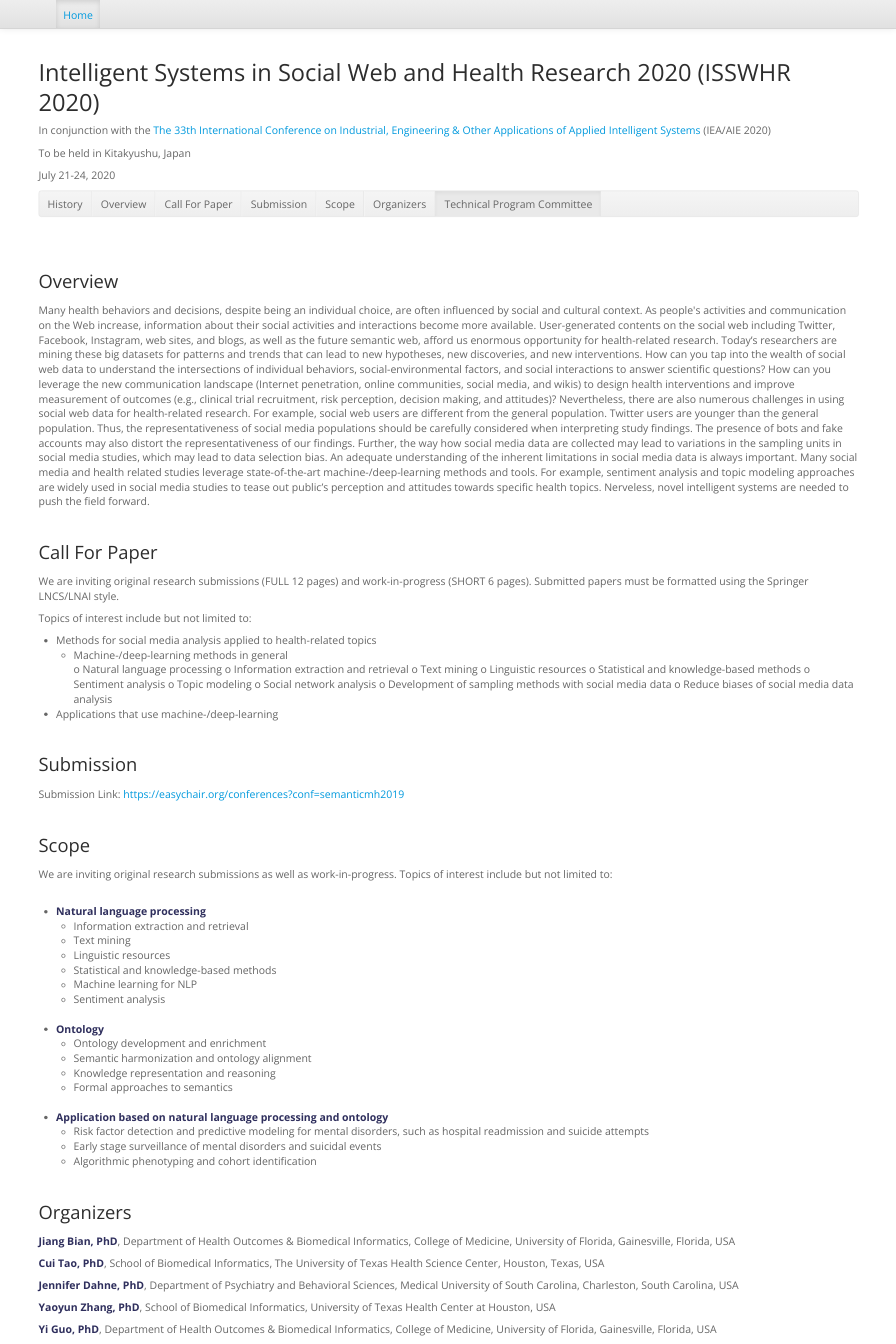
Repository: bianjiang/semantics-powered.org
Page: ISSWHR-2020/index.html
An editor plug-in stored every save of this project. The page is shown before and after the next save, followed by the edit.
The browser window is 1280 px wide. The pictures show the part of the page from y = 0 to 1920 px (the page is 2769 px tall), at 70% of full size.
Some web libraries are served in a nearby version.

Above is the page before, as saved 2019-10-26 16:57:43.
Console error (its wording comes from the project's code and is left out).

### ISSWHR-2020/index.html
<!DOCTYPE html>
<!--[if lt IE 7]>      <html class="no-js lt-ie9 lt-ie8 lt-ie7"> <![endif]-->
<!--[if IE 7]>         <html class="no-js lt-ie9 lt-ie8"> <![endif]-->
<!--[if IE 8]>         <html class="no-js lt-ie9"> <![endif]-->
<!--[if gt IE 8]><!-->
<html class="no-js">
<!--<![endif]-->

<head>
  <meta charset="utf-8">
  <meta http-equiv="X-UA-Compatible" content="IE=edge,chrome=1">
  <title></title>
  <meta name="description" content="">
  <meta name="viewport" content="width=device-width">

  <link rel="stylesheet" href="css/bootstrap.min.css">
  <style>
    body {
      padding-top: 60px;
      padding-bottom: 40px;
    }
  </style>
  <link rel="stylesheet" href="css/bootstrap-responsive.min.css">
  <link rel="stylesheet" href="css/main.css">

  <script src="js/vendor/modernizr-2.6.2-respond-1.1.0.min.js"></script>
</head>

<body class="preview" id="top" data-spy="scroll" data-target=".subnav" data-offset="80">
  <!--[if lt IE 7]>
            <p class="chromeframe">You are using an <strong>outdated</strong> browser. Please <a href="http://browsehappy.com/">upgrade your browser</a> or <a href="http://www.google.com/chromeframe/?redirect=true">activate Google Chrome Frame</a> to improve your experience.</p>
        <![endif]-->

  <!-- This code is taken from http://twitter.github.com/bootstrap/examples/hero.html -->

  <div class="navbar navbar-fixed-top">
    <div class="navbar-inner">
      <div class="container">

        <a class="btn btn-navbar" data-toggle="collapse" data-target=".nav-collapse">
                        <span class="icon-bar"></span>
                        <span class="icon-bar"></span>
                        <span class="icon-bar"></span>
                    </a>
        <a class="brand" href="#">&nbsp;</a>
        <div class="nav-collapse collapse">
          <ul class="nav">
            <li class="active"><a href="#">Home</a></li>
            <!--
                            <li><a href="#aboutxx">About</a></li>
                            <li><a href="#contact">Contact</a></li>
                            -->
          </ul>
        </div>

      </div>

    </div>
  </div>

  <div class="container">

    <!-- Main hero unit for a primary marketing message or call to action -->
    <!--
            <div class="hero-unit">
                <h1>Hello, world!</h1>
                <p>This is a template for a simple marketing or informational website. It includes a large callout called the hero unit and three supporting pieces of content. Use it as a starting point to create something more unique.</p>
                <p><a class="btn btn-primary btn-large">Learn more &raquo;</a></p>
            </div>
            -->
    <!-- Masthead
================================================== -->
    <header class="jumbotron subhead" id="overview">
      <div class="row">
        <div class="span12">
          <br/>
          <h2>Intelligent Systems in Social Web and Health Research 2020 (ISSWHR 2020)</h2>
          <p>In conjunction with the <a href="https://jsasaki3.wixsite.com/ieaaie2020" target="_blank">The 33th International Conference on Industrial, Engineering & Other Applications of Applied Intelligent Systems</a> (IEA/AIE 2020)</p>
          <p>To be held in Kitakyushu, Japan</p>
          <p>July 21-24, 2020</p>
        </div>
        <div class="span6">
          <!--
      <div class="bsa well">
          <div id="bsap_1277971" class="bsarocks bsap_c466df00a3cd5ee8568b5c4983b6bb19"></div>
      </div>
    -->
        </div>
      </div>
      <div class="subnav">
        <ul class="nav nav-pills">
          <li><a href="#history">History</a></li>
          <li><a href="#overview">Overview</a></li>
          <!-- <li><a href="#audience">Audience</a></li> -->
          <li><a href="#callforpaper">Call For Paper</a></li>
          <li><a href="#submissions">Submission</a></li>
          <!-- <li><a href="#rational">Rational</a></li>
          <li><a href="#workshopstructure">Workshop Structure</a></li> -->
          <!-- <li><a href="#publicity">Publicity</a></li> -->
          <li><a href="#scope">Scope</a></li>
          <li><a href="#organizers">Organizers</a></li>
          <li><a href="#techprogcom">Technical Program Committee</a></li>
        </ul>
      </div>
    </header>

    <!-- <section id="History">
      <div class="row">
        <div class="span12">
          <h3>History</h3>
          <p>The 1st International Workshop on the Semantics of Mental Health (SemanticMH 2018) was successfully organized and hosted in conjunction with the sixth IEEE International Conference on Healthcare Informatics (ICHI 2018) on June 7th, 2018 in New York City, NY, USA.  Overall, we received 7 high quality submissions and we accepted 6 of them.  The accepted papers were published in the IEEE ICHI 2018 workshop proceedings; and we invited the authors of these 6 accepted papers to submit an extended journal version to a special issue (“Special Issue: Semantics of Mental Health”) in the Health Informatics Journal (IF 3.021).
           All authors presented their work in ICHI 2018; and we have invited two keynote speakers (i.e., Drs. Jessie Tenenbaum and Piper Ranallo) from the Mental Health Informatics Working Group (WG) of the American Medical Informatics Association (AMIA) to present a report from the WG titled, “Mental Health Informatics and Knowledge Representation.”  Overall, SemanticsMH 2018 was highly successful and facilitated the exchange of scholar ideas from a group of interdisciplinary researches.
        </p>
        </div>
      </div>
    </section> -->

    <section id="overview">
      <div class="row">
        <div class="span12">
          <h3>Overview</h3>
          <p>Many health behaviors and decisions, despite being an individual choice, are often influenced by social and cultural context.  As people's activities and communication on the Web increase, information about their social activities and interactions become more available.  User-generated contents on the social web including Twitter, Facebook, Instagram, web sites, and blogs, as well as the future semantic web, afford us enormous opportunity for health-related research.  Today’s researchers are mining these big datasets for patterns and trends that can lead to new hypotheses, new discoveries, and new interventions.  How can you tap into the wealth of social web data to understand the intersections of individual behaviors, social-environmental factors, and social interactions to answer scientific questions?  How can you leverage the new communication landscape (Internet penetration, online communities, social media, and wikis) to design health interventions and improve measurement of outcomes (e.g., clinical trial recruitment, risk perception, decision making, and attitudes)?

            Nevertheless, there are also numerous challenges in using social web data for health-related research.  For example, social web users are different from the general population.  Twitter users are younger than the general population.  Thus, the representativeness of social media populations should be carefully considered when interpreting study findings.  The presence of bots and fake accounts may also distort the representativeness of our findings.  Further, the way how social media data are collected may lead to variations in the sampling units in social media studies, which may lead to data selection bias.  An adequate understanding of the inherent limitations in social media data is always important.

            Many social media and health related studies leverage state-of-the-art machine-/deep-learning methods and tools.  For example, sentiment analysis and topic modeling approaches are widely used in social media studies to tease out public’s perception and attitudes towards specific health topics.  Nerveless, novel intelligent systems are needed to push the field forward.
            </p>
        </div>
      </div>
    </section>

    <!-- <section id="audience">
      <div class="row">
        <div class="span12">
          <h3>Audience</h3>
          <p>The goal of this workshop is to bring experts in the field of natural language processing, knowledge representation, knowledge management, and health data analytics to discuss innovative analytical methods, applications, and tools to address problems in mental health.
        </p>
        </div>
      </div>
    </section> -->

    <section id="callforpaper">
      <div class="row">
        <div class="span12">
          <h3>Call For Paper</h3>
          <p>We are inviting original research submissions (FULL 12 pages) and work-in-progress (SHORT 6 pages).  Submitted papers must be formatted using the Springer LNCS/LNAI style.</p>
          <p>Topics of interest include but not limited to:</p>
          <ul>
            <li>Methods for social media analysis applied to health-related topics
              <ul>
                <li>Machine-/deep-learning methods in general</li>
                o	Natural language processing
                o	Information extraction and retrieval
                o	Text mining
                o	Linguistic resources
                o	Statistical and knowledge-based methods
                o	Sentiment analysis
                o	Topic modeling
                o	Social network analysis
                o	Development of sampling methods with social media data
                o	Reduce biases of social media data analysis

              </ul>
            </li>
            <li>Applications that use machine-/deep-learning</li>
          </ul>
        </div>
      </div>
    </section>

    <section id="submissions">
      <div class="row">
        <div class="span12">
          <h3>Submission</h3>
          <p>Submission Link: <a href="https://easychair.org/conferences?conf=semanticmh2019" target="_blank">https://easychair.org/conferences?conf=semanticmh2019</a></p>
        </div>
      </div>
    </section>
    <!-- <section id="rational">
      <div class="row">
        <div class="span12">
          <h3>Rational</h3>
          <p>Our proposed workshop aims to provide an international platform for the researchers and scientists in the mental health communities to demonstrate research progresses, share ideas, address questions, and promote collaborations for better representation and analysis of mental health-related terminologies and clinical and research data.
        </p>
        </div>
      </div>
    </section> -->

    <!-- <section id="workshopstructure">
      <div class="row">
        <div class="span12">
          <h3>Workshop Structure</h3>
          <p>We propose a half-day SemanticMH workshop for this year. We will arrange 3 hours for paper presentations and 1 hour for extensive discussions. Different sessions will be arranged based on the topics of presentations. Depending on the number of papers accepted for presentation, each paper presentation will be restricted to 10-25 minutes for a full-length paper, and 5-15 minutes for a short-length paper. All the papers will be submitted and handled through EasyChair and go through peer reviews by at least two reviewers. After the full papers are accepted, we will work with the Health Informatics editors and reviewers to decide which papers will be formally invited for extension to be included in a thematic series in the Health Informatics journal.
        </p>
        </div>
      </div>
    </section>


    <section id="publicity">
      <div class="row">
        <div class="span12">
          <h3>Publicity</h3>
          <p>Various methods will be used for advertisement, including: (i) posting in email mailing lists and through private emails; (ii) creating a workshop discussion email list address and using it for sharing news and posting, (iii) posting in influential websites, (iv) phone calls to colleagues and friends who may be interested, (v) generating a workshop website dedicated to this event, and inviting potential attendees to visit, and (vi) generating a social networking website in LinkedIn to attract public attention, participation, and discussion. The main difference between the workshop website and the LinkedIn website will be that the workshop website is dedicated for posting the workshop information, and the LinkedIn website is used for social networking.
        </p>
        </div>
      </div>
    </section> -->

    <section id="scope">

      <div class="row">
        <div class="span12">
          <h3>Scope</h3>
          <p>We are inviting original research submissions as well as work-in-progress.
            Topics of interest include but not limited to:
          </p>
          <br>
          <ul>
            <li>
              <b>Natural language processing</b>
              <ul>
                <li>Information extraction and retrieval </li>
                <li>Text mining</li>
                <li>Linguistic resources</li>
                <li>Statistical and knowledge-based methods</li>
                <li>Machine learning for NLP</li>
                <li>Sentiment analysis</li>
              </ul>
            </li>
            <br>
            <li>
              <b>Ontology</b>
              <ul>
                <li>Ontology development and enrichment </li>
                <li>Semantic harmonization and ontology alignment</li>
                <li>Knowledge representation and reasoning</li>
                <li>Formal approaches to semantics</li>
              </ul>
            </li>
            <br>
            <li>
              <b>Application based on natural language processing and ontology</b>
              <ul>
                <li>Risk factor detection and predictive modeling for mental disorders, such as hospital readmission and suicide attempts</li>
                <li>Early stage surveillance of mental disorders and suicidal events </li>
                <li>Algorithmic phenotyping and cohort identification </li>
              </ul>
            </li>
          </ul>


        </div>
      </div>
    </section>

    <section id="organizers">
      <div class="row">
        <div class="span12">
          <h3>Organizers</h3>
          <p><b>Jiang Bian, PhD</b>, Department of Health Outcomes & Biomedical Informatics, College of Medicine, University of Florida, Gainesville, Florida, USA</p>
          <p><b>Cui Tao, PhD</b>, School of Biomedical Informatics, The University of Texas Health Science Center, Houston, Texas, USA</p>
          <p><b>Jennifer Dahne, PhD</b>, Department of Psychiatry and Behavioral Sciences, Medical University of South Carolina, Charleston, South Carolina, USA</p>
          <p><b>Yaoyun Zhang, PhD</b>, School of Biomedical Informatics, University of Texas Health Center at Houston, USA</p></p>
          <p><b>Yi Guo, PhD</b>, Department of Health Outcomes & Biomedical Informatics, College of Medicine, University of Florida, Gainesville, Florida, USA</p></p>
        </div>
      </div>
    </section>

    <section id="techprogcom">
      <div class="row">
        <div class="span12">
          <h3>Technical Program Committee</h3>
          <p>Comming Soon...</p>
        </div>
      </div>
    </section>

    <section id="schedule">
      <div class="row">
        <div class="span12">
          <h3>Workshop Schedule</h3>
          <div>
            <style type="text/css">
              .tg  {border-collapse:collapse;border-spacing:0;}
              .tg td{font-family:Arial, sans-serif;font-size:14px;padding:10px 5px;border-style:solid;border-width:1px;overflow:hidden;word-break:normal;border-color:black;}
              .tg th{font-family:Arial, sans-serif;font-size:14px;font-weight:normal;padding:10px 5px;border-style:solid;border-width:1px;overflow:hidden;word-break:normal;border-color:black;}
              .tg .tg-s6z2{text-align:center}
              .tg .tg-baqh{text-align:center;vertical-align:top}
              .tg .tg-j8xs{font-weight:bold;font-size:18px;background-color:#c0c0c0;text-align:center;vertical-align:top}
              .tg .tg-hgcj{font-weight:bold;text-align:center}
              .tg .tg-amwm{font-weight:bold;text-align:center;vertical-align:top}
              .tg .tg-s268{text-align:left}
              .tg .tg-0lax{text-align:left;vertical-align:top}
              .tg .tg-8zwo{font-style:italic;text-align:left;vertical-align:top}
              </style>
              <table class="tg" style="undefined;table-layout:fixed;width:876px;">
              <colgroup>
              <col style="width: 141px">
              <col style="width: 609px">
              <col style="width: 126px">
              </colgroup>
                <tr>
                  <th class="tg-j8xs" colspan="3">The 2nd International Workshop on the Semantics of Mental Health</th>
                </tr>
                <tr>
                  <td class="tg-hgcj">Time</td>
                  <td class="tg-hgcj">Title</td>
                  <td class="tg-amwm">Presenter</td>
                </tr>
                <tr>
                  <td class="tg-s6z2">14:00 pm - 14:05 pm</td>
                  <td class="tg-s268">Introduction to the workshop</td>
                  <td class="tg-0lax"><a target="_blank" href="https://hobi.med.ufl.edu/about/faculty-directory-2/bian-jiang/">Jiang Bian, Ph.D.</a></td>
                </tr>
                <tr>
                  <td class="tg-s6z2">14:05 pm - 14:50 pm</td>
                  <td class="tg-s268">Keynote</td>
                  <td class="tg-0lax"><a target="_blank" href="https://dbe.med.upenn.edu/biostat-research/YongChen">Yong Chen, Ph.D.</a></td>
                </tr>
                <tr>
                  <td class="tg-baqh">14:50 pm - 15:10 pm</td>
                  <td class="tg-8zwo">Assessing depression risk in Chinese microblogs: a corpus and machine learning methods</td>
                  <td class="tg-0lax">Shuai Chen</td>
                </tr>
                <tr>
                  <td class="tg-baqh">15:10 pm - 15:30 pm</td>
                  <td class="tg-8zwo">Analysis of Twitter to Identify Topics Related to Eating Disorder Symptoms</td>
                  <td class="tg-0lax">Sicheng Zhou</td>
                </tr>
                <tr>
                  <td class="tg-baqh">15:30 pm - 16:00 pm</td>
                  <td class="tg-amwm">Coffee Break</td>
                  <td class="tg-0lax"></td>
                </tr>
                <tr>
                  <td class="tg-baqh">16:00 pm - 16:20 pm</td>
                  <td class="tg-8zwo">PSPS: A pharmacological substances prediction system based on biomedical literature,data</td>
                  <td class="tg-0lax">Jinhe Gao</td>
                </tr>
                <tr>
                  <td class="tg-baqh">16:20 pm - 16:40 pm</td>
                  <td class="tg-8zwo">Combining Clinical Data and Domain Knowledge for Analyzing Mental Disorder Concept Relatedness,and Usage</td>
                  <td class="tg-0lax">Dou Wei</td>
                </tr>
                <tr>
                  <td class="tg-baqh">16:40 pm - 17:00 pm</td>
                  <td class="tg-8zwo">STAT: A Web-based Semantic Text Annotation Tool to Assist Building Mental Health Knowledge Base</td>
                  <td class="tg-0lax">Xing He</td>
                </tr>
                <tr>
                  <td class="tg-baqh">17:00 pm - 17:20 pm</td>
                  <td class="tg-8zwo">Systematic Design of Drug Repurposing-oriented Alzheimer’s Disease Ontology</td>
                  <td class="tg-0lax">Cui Tao</td>
                </tr>
              </table>
          </div>
        </div>
      </div>
    </section>
    <hr>
    <h4><b>Contact:</b> Jiang Bian; <a href="mailto:bianjiang@ufl.edu">bianjiang@ufl.edu</a></h4>
    <footer>
      <p>&copy; SemanticMH 2019</p>
    </footer>

  </div>
  <!-- /container -->

  <script src="//ajax.googleapis.com/ajax/libs/jquery/1.9.1/jquery.min.js"></script>
  <script>
    window.jQuery || document.write('<script src="js/vendor/jquery-1.9.1.min.js"><\/script>')
  </script>

  <script src="js/vendor/bootstrap.min.js"></script>

  <script src="js/plugins.js"></script>
  <script src="js/main.js"></script>
  <script>
      (function (i, s, o, g, r, a, m) {
i['GoogleAnalyticsObject'] = r; i[r] = i[r] || function () {
        (i[r].q = i[r].q || []).push(arguments)
      }, i[r].l = 1 * new Date(); a = s.createElement(o),
        m = s.getElementsByTagName(o)[0]; a.async = 1; a.src = g; m.parentNode.insertBefore(a, m)
      })(window, document, 'script', 'https://www.google-analytics.com/analytics.js', 'ga');

    ga('create', 'UA-50982144-4', 'auto');
    ga('send', 'pageview');
  </script>
</body>

</html>

Loaded but not shown: ISSWHR-2020/css/bootstrap.min.css (library); ISSWHR-2020/css/bootstrap-responsive.min.css (library); ISSWHR-2020/js/vendor/modernizr-2.6.2-respond-1.1.0.min.js (library); ISSWHR-2020/js/vendor/bootstrap.min.js (library); ISSWHR-2020/js/main.js (95 lines, source omitted); ISSWHR-2020/js/plugins.js (24 lines, source omitted); ISSWHR-2020/css/main.css (463 lines, source omitted)

After the next save:
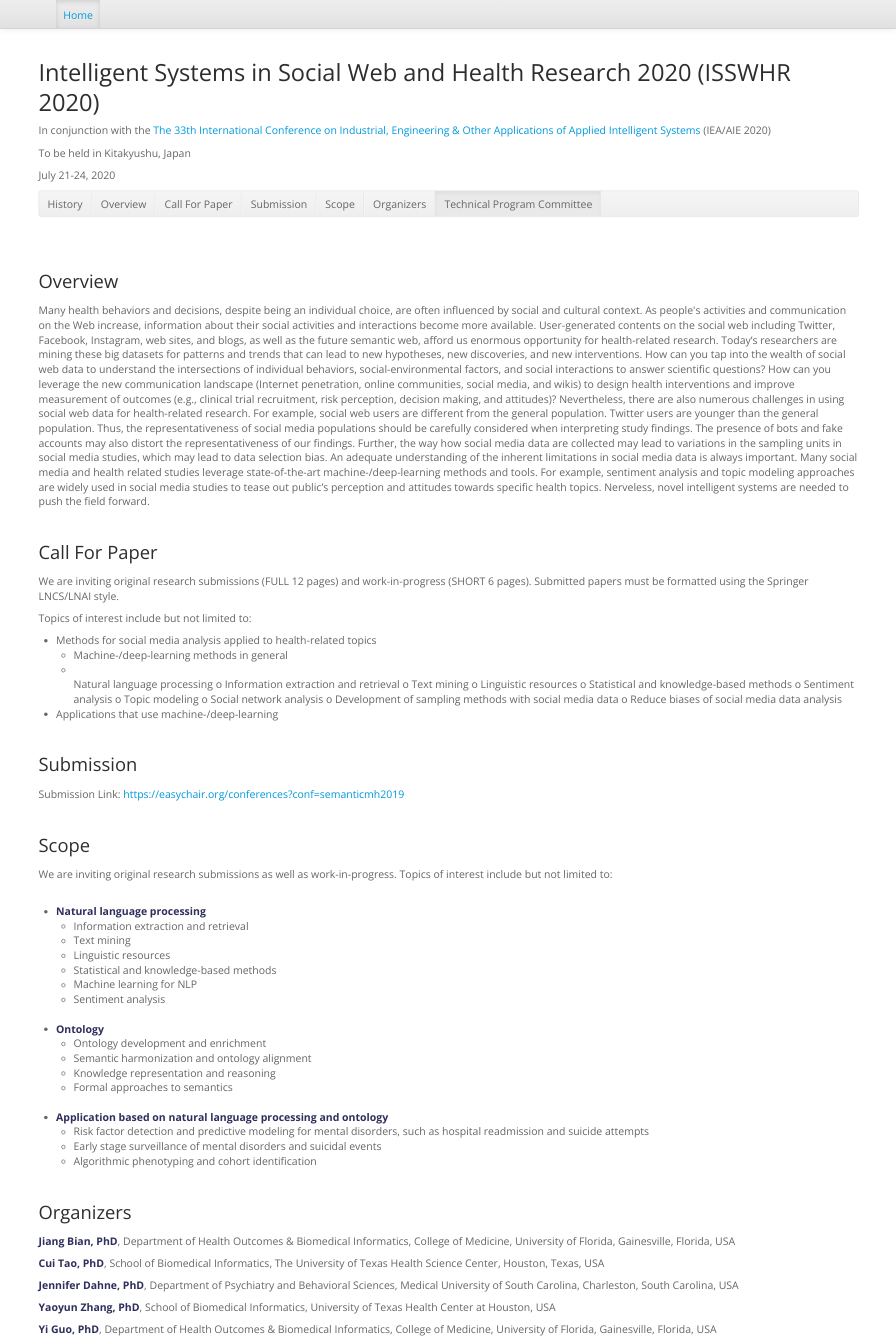
Saved 6 s later.
--- a/ISSWHR-2020/index.html
+++ b/ISSWHR-2020/index.html
@@ -149,7 +149,7 @@
             <li>Methods for social media analysis applied to health-related topics
               <ul>
                 <li>Machine-/deep-learning methods in general</li>
-                o	Natural language processing
+                <li></li>Natural language processing
                 o	Information extraction and retrieval
                 o	Text mining
                 o	Linguistic resources
